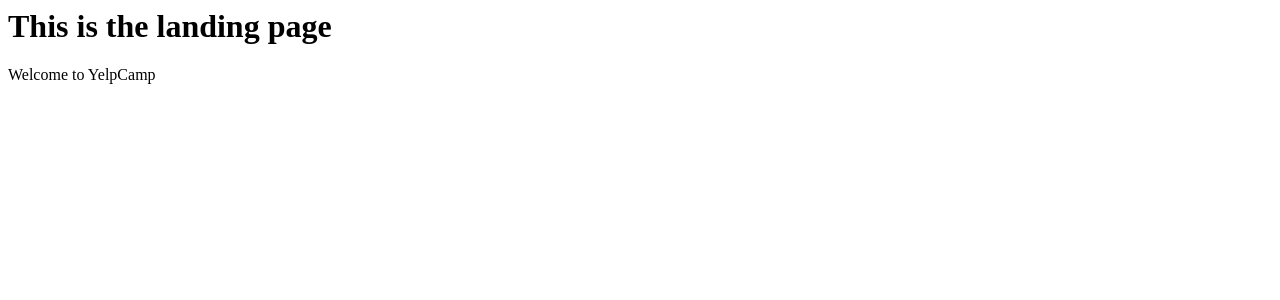
Repository: DrewGaard/Web-Developer-Bootcamp
Page: http://localhost/
The author's editor kept a record of every edit. The page is drawn from the files as they stood at one moment, then again after the next edit.
The browser window is 1280 px wide. The pictures show the whole page.
The page is served by the project's Node server (YelpCamp/v1/app.js).

Above is the page before.

### Node JS Backend API ServerSide/webdevbootcamp/workspace/YelpCamp/v1/views/landing.ejs
<h1>This is the landing page</h1>

<p>Welcome to YelpCamp</p>

### Node JS Backend API ServerSide/webdevbootcamp/workspace/YelpCamp/v1/app.js
var express = require("express");
var app = express();

app.set("view engine", "ejs")

app.get("/", function(req, res){
    res.render("landing");
});

app.get("/campgrounds", function(req, res) {
    var campgrounds = [
            {name: "Salmon Creek", image: "https://pixabay.com/get/e837b1072af4003ed1584d05fb1d4e97e07ee3d21cac104490f4c37aa0ecb5bb_340.jpg"},
            {name: "Granite Hill", image: "https://farm7.staticflickr.com/6014/6015893151_044a2af184.jpg"},
            {name: "Mountain Goat's Rest", image: "https://farm2.staticflickr.com/1363/1342367857_2fd12531e7.jpg"}
        ]

        res.render("campgrounds", {campgrounds: campgrounds});
});


app.listen(process.env.PORT, process.env.IP, function() {
    console.log("Yelp Camp Server Started!");
});

After the next edit:
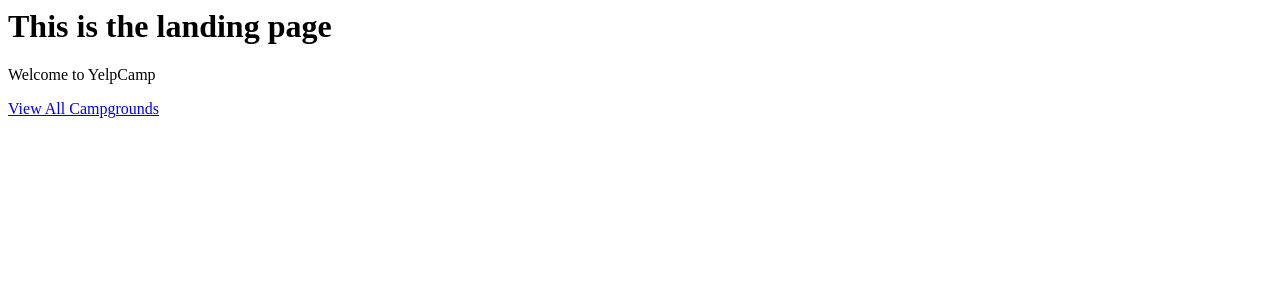
The edit:
--- a/Node JS Backend API ServerSide/webdevbootcamp/workspace/YelpCamp/v1/views/landing.ejs
+++ b/Node JS Backend API ServerSide/webdevbootcamp/workspace/YelpCamp/v1/views/landing.ejs
@@ -1,3 +1,5 @@
 <h1>This is the landing page</h1>
 
 <p>Welcome to YelpCamp</p>
+
+<a href="/campgrounds">View All Campgrounds</a>
